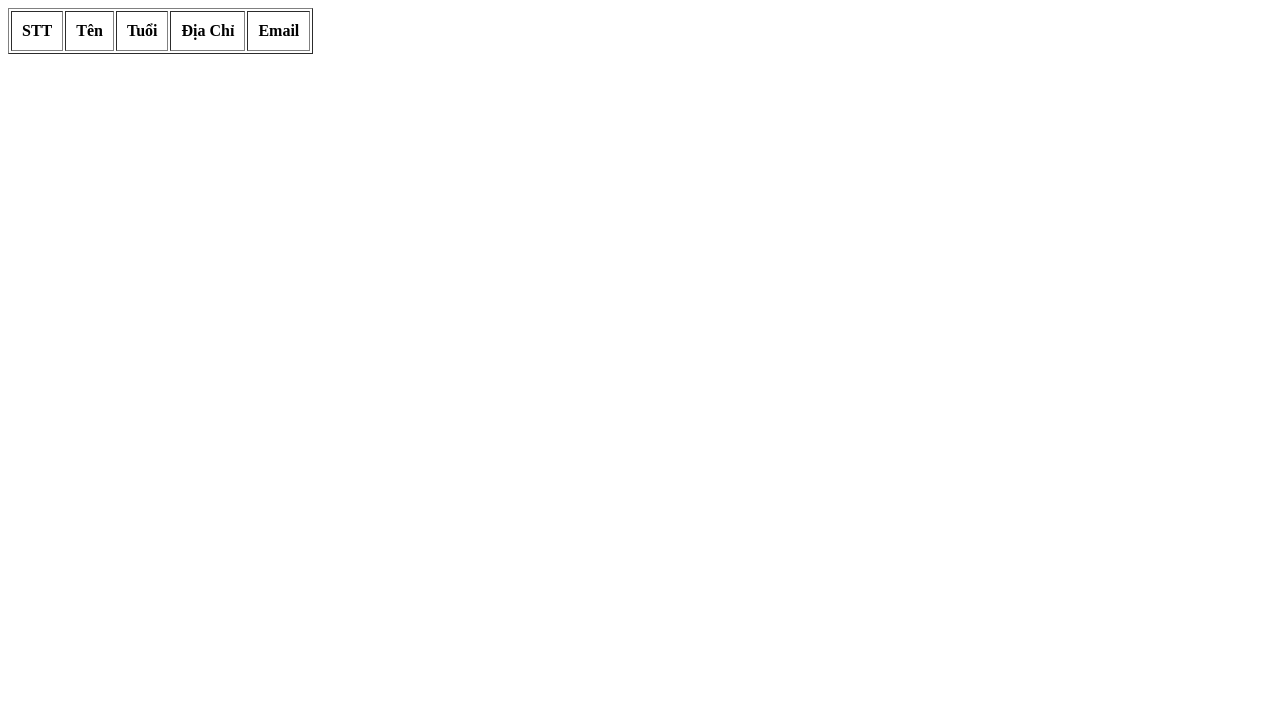
Repository: AnhDuc0125/HTML-Aptech
Page: bt2008/index.html
The author's editor kept a copy of each file at every save. The page is drawn from the files as they stood at one save, then again after the next save.
The browser window is 1280 px wide. The pictures show the whole page.

Above is the page before, as saved 2021-11-29 07:55:41.
Console error: ReferenceError: i is not defined

### bt2008/index.html
<!DOCTYPE html>
<html lang="en">
<head>
    <meta charset="UTF-8">
    <meta http-equiv="X-UA-Compatible" content="IE=edge">
    <meta name="viewport" content="width=device-width, initial-scale=1.0">
    <script src="main.js"></script>
    <title>Danh sách Sinh Viên</title>
</head>
<body>
    <table border="1px solid black" cellpadding= "10" style="text-align:center">
        <tr>
            <th>STT</th>
            <th>Tên</th>
            <th>Tuổi</th>
            <th>Địa Chỉ</th>
            <th>Email</th>
        </tr>
    <script>
        showStd();
    </script>
</table>
</body>
</html>

### bt2008/main.js
var stdList = [
    {
    "name" : "Vũ Đức Anh",
    "age" : "18",
    "address" : "Hà Nội",
    "email" : "vuducanh0125@gmail.com"
    },
    {
    "name" : "Vũ Đức Anh",
    "age" : "18",
    "address" : "Hà Nội",
    "email" : "vuducanh0125@gmail.com"
    },
    {
    "name" : "Vũ Đức Anh",
    "age" : "18",
    "address" : "Hà Nội",
    "email" : "vuducanh0125@gmail.com"
    },
    {
    "name" : "Vũ Đức Anh",
    "age" : "18",
    "address" : "Hà Nội",
    "email" : "vuducanh0125@gmail.com"
    },
    {
    "name" : "Vũ Đức Anh",
    "age" : "18",
    "address" : "Hà Nội",
    "email" : "vuducanh0125@gmail.com"
    },
    {
    "name" : "Vũ Đức Anh",
    "age" : "18",
    "address" : "Hà Nội",
    "email" : "vuducanh0125@gmail.com"
    },
    {
    "name" : "Vũ Đức Anh",
    "age" : "18",
    "address" : "Hà Nội",
    "email" : "vuducanh0125@gmail.com"
    },
    {
    "name" : "Vũ Đức Anh",
    "age" : "18",
    "address" : "Hà Nội",
    "email" : "vuducanh0125@gmail.com"
    },
    {
    "name" : "Vũ Đức Anh",
    "age" : "18",
    "address" : "Hà Nội",
    "email" : "vuducanh0125@gmail.com"
    },
    {
    "name" : "Vũ Đức Anh",
    "age" : "18",
    "address" : "Hà Nội",
    "email" : "vuducanh0125@gmail.com"
    },
    {
    "name" : "Vũ Đức Anh",
    "age" : "18",
    "address" : "Hà Nội",
    "email" : "vuducanh0125@gmail.com"
    },
    {
    "name" : "Vũ Đức Anh",
    "age" : "18",
    "address" : "Hà Nội",
    "email" : "vuducanh0125@gmail.com"
    },
    {
    "name" : "Vũ Đức Anh",
    "age" : "18",
    "address" : "Hà Nội",
    "email" : "vuducanh0125@gmail.com"
    },
    {
    "name" : "Vũ Đức Anh",
    "age" : "18",
    "address" : "Hà Nội",
    "email" : "vuducanh0125@gmail.com"
    },
    {
    "name" : "Vũ Đức Anh",
    "age" : "18",
    "address" : "Hà Nội",
    "email" : "vuducanh0125@gmail.com"
    },
    {
    "name" : "Vũ Đức Anh",
    "age" : "18",
    "address" : "Hà Nội",
    "email" : "vuducanh0125@gmail.com"
    },
    {
    "name" : "Vũ Đức Anh",
    "age" : "18",
    "address" : "Hà Nội",
    "email" : "vuducanh0125@gmail.com"
    },
    {
    "name" : "Vũ Đức Anh",
    "age" : "18",
    "address" : "Hà Nội",
    "email" : "vuducanh0125@gmail.com"
    },
    {
    "name" : "Vũ Đức Anh",
    "age" : "18",
    "address" : "Hà Nội",
    "email" : "vuducanh0125@gmail.com"
    },
    {
    "name" : "Vũ Đức Anh",
    "age" : "18",
    "address" : "Hà Nội",
    "email" : "vuducanh0125@gmail.com"
    }
]
function showStd() {
    for(std of stdList){
        document.write(`
        <tr>
            <td>${i}</td>
            <td>${std.name}</td>
            <td>${std.age}</td>
            <td>${std.address}</td>
            <td>${std.email}</td>
        </tr>
        `)
    }
}

After the next save:
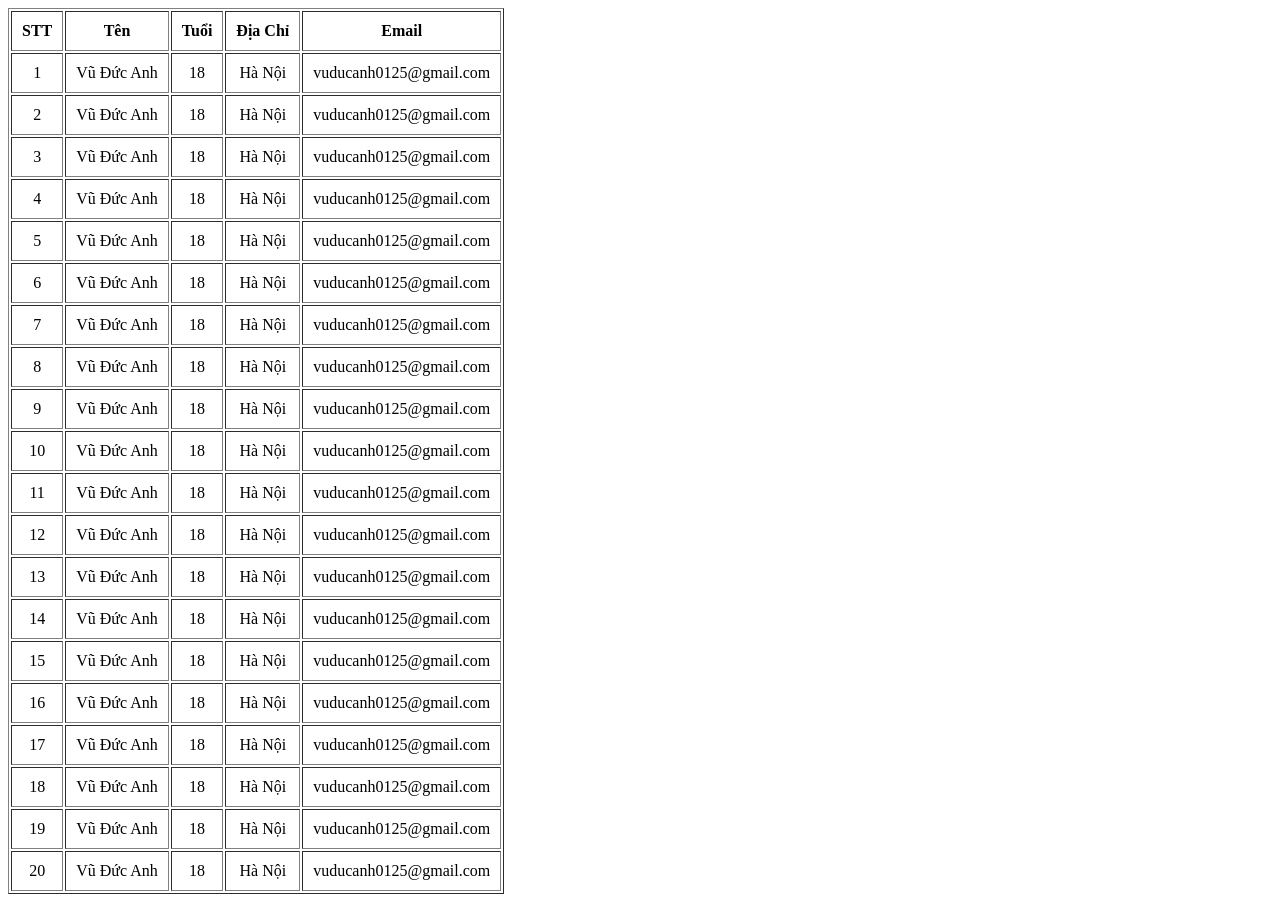
The error is gone.
Saved 29 s later.
--- a/bt2008/main.js
+++ b/bt2008/main.js
@@ -120,11 +120,12 @@ var stdList = [
     "email" : "vuducanh0125@gmail.com"
     }
 ]
+var index = 0
 function showStd() {
     for(std of stdList){
         document.write(`
         <tr>
-            <td>${i}</td>
+            <td>${++index}</td>
             <td>${std.name}</td>
             <td>${std.age}</td>
             <td>${std.address}</td>
